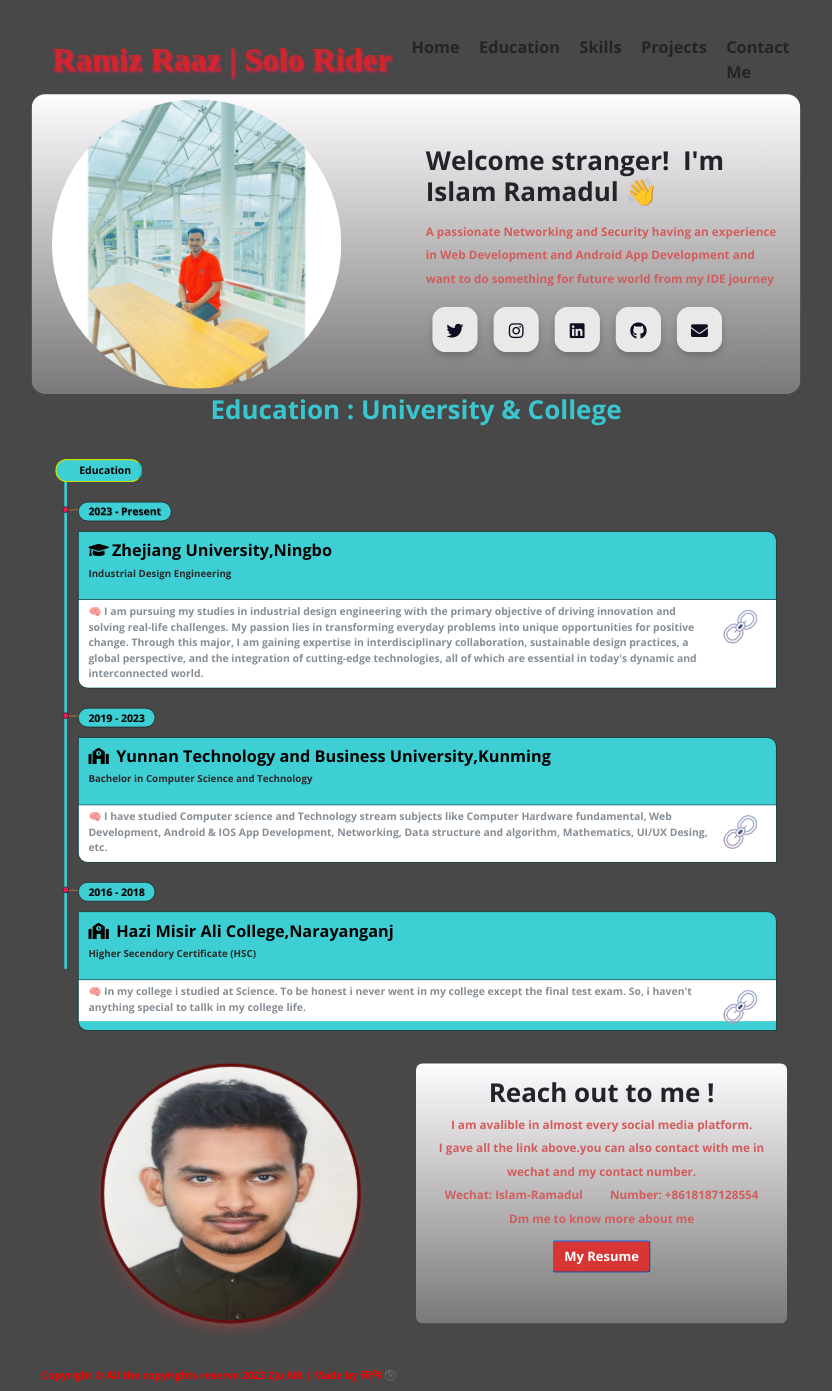
Repository: ramizraaz/ZjuProtfolio
Page: index.html
An editor plug-in stored every save of this project. The page is shown before and after the next save, followed by the edit.
The browser window is 1280 px wide. The pictures show the whole page, at 65% of full size.
Some web fonts or font styles are not loaded; a fallback is used. Some web libraries are served in a nearby version.

Above is the page before, as saved 2023-10-08 20:04:00.

After the next save:
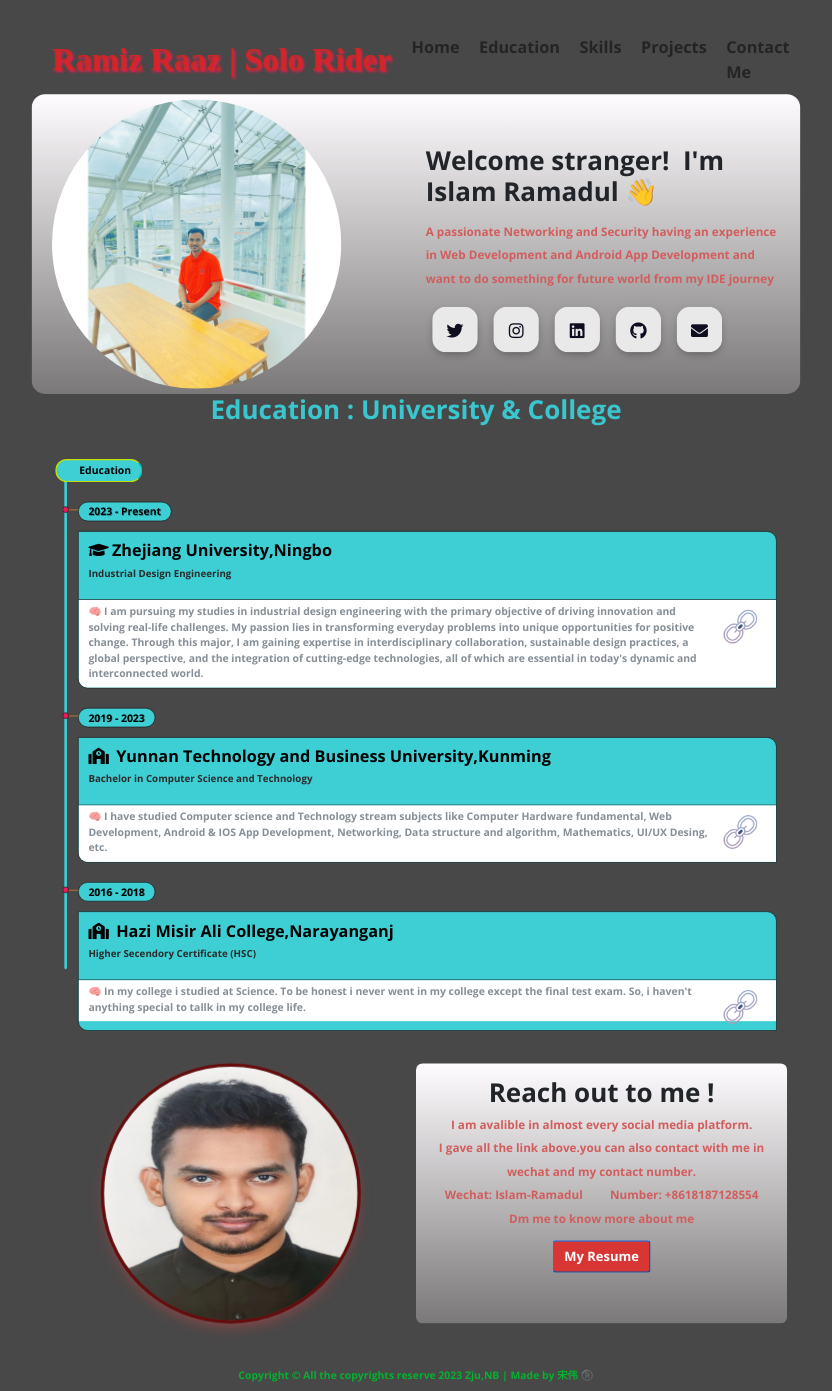
Saved 17 s later.
--- a/style.css
+++ b/style.css
@@ -383,12 +383,6 @@ p {
 
 footer {
     padding-top: 5%;
-    align-items: center;
-    color: red;
-    transition: color 0.5s ease-in-out;
-}
-
-footer:hover {
-    color: blue;
-    transition: color 0.5s ease-in-out;
-}
+    color: #05b130;
+    text-align: center;
+}
